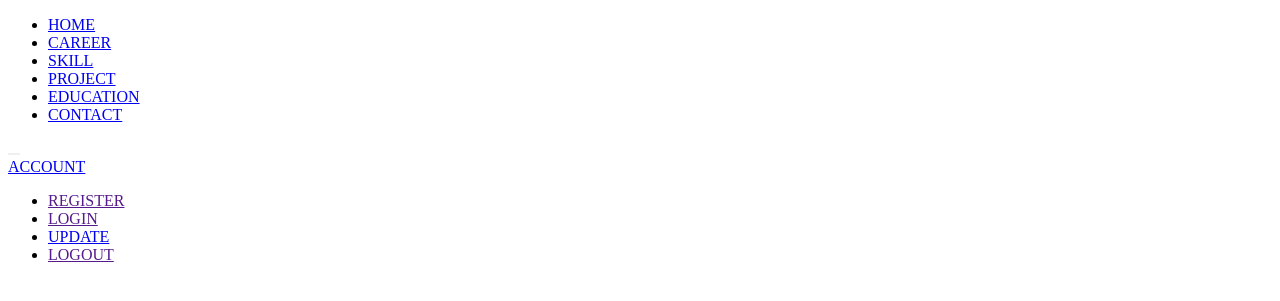
Repository: chaejunho689/bitcamp
Page: PersonalProject/src/main/webapp/gnb.html
These files come from the project's save history. The page is drawn as it stood at one moment and after the next save; the edit follows.
The browser window is 1280 px wide. The pictures show the whole page.

Above is the page before, as saved 2024-08-30 07:49:02.

After the next save:
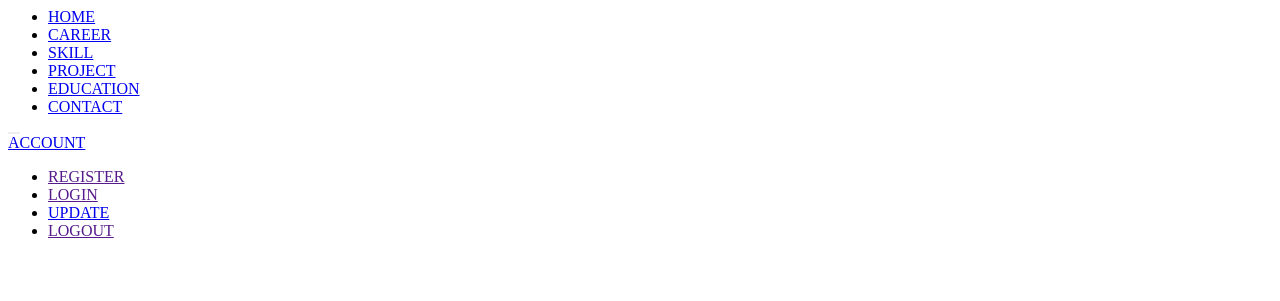
Saved 7 s later.
--- a/PersonalProject/src/main/webapp/gnb.html
+++ b/PersonalProject/src/main/webapp/gnb.html
@@ -1,12 +1,3 @@
-<!DOCTYPE html>
-<html>
-<head>
-<meta charset="UTF-8">
-<title>Insert title here</title>
-</head>
-<body>
-
-
 	<!-- gnb -->
 	<nav class="navbar bg-body-tertiary" id="navbar_top">
 		<div class="container-fluid" id="navbar_top">
@@ -33,6 +24,3 @@
 			</div>
 		</div>
 	</nav>
-
-</body>
-</html>
